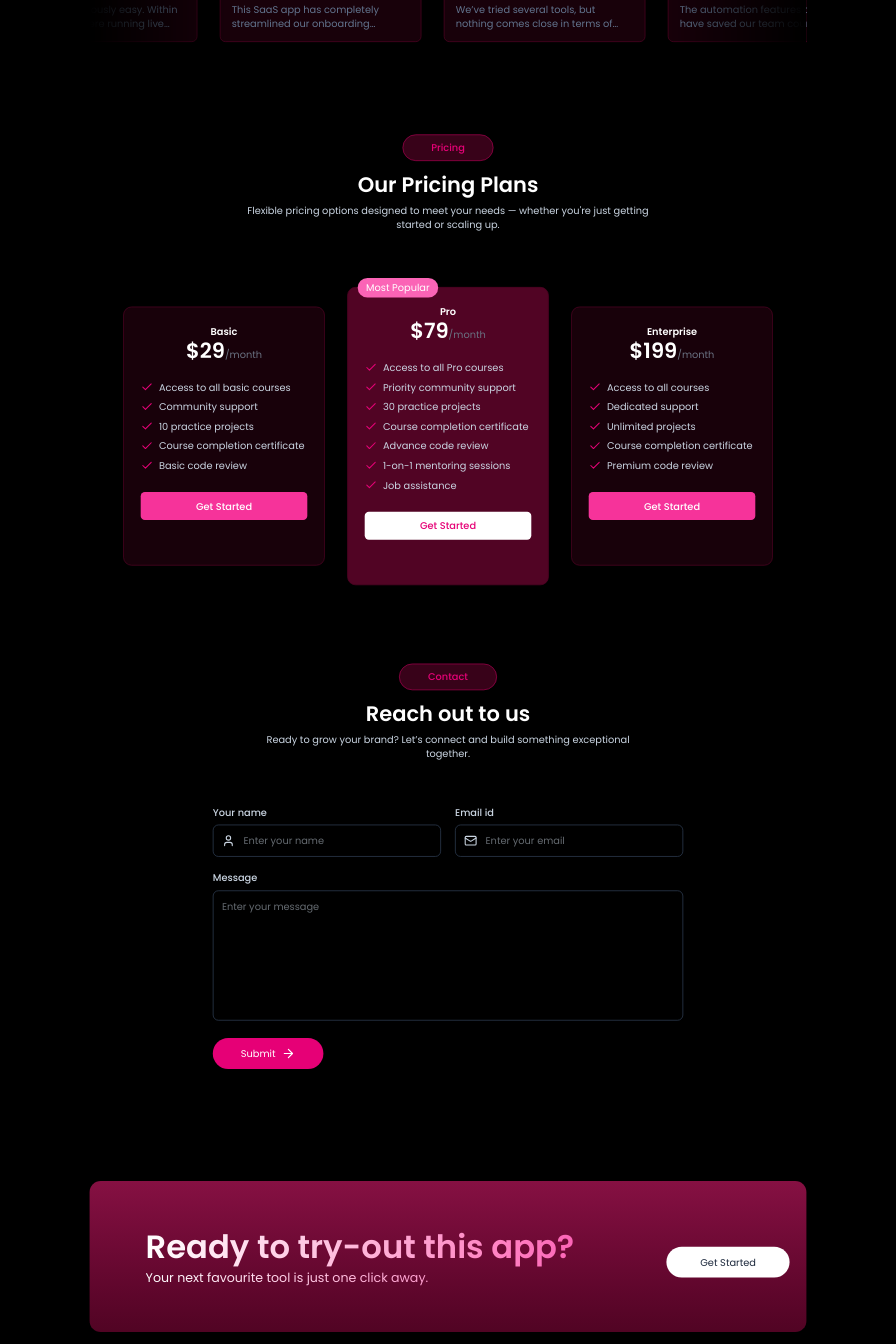
Repository: abhiraj33181/Thumblify
Page: / (app in client/)
An editor plug-in stored every save of this project. The page is shown before and after the next save, followed by the edit.
The browser window is 1280 px wide. The pictures show the part of the page from y = 3140 to 5060 px (the page is 5402 px tall before and 5382 px after), at 70% of full size.
The project was rebuilt for these pictures with package versions that can differ from the ones it lists, and the page was loaded fresh each time. Also part of the build but not shown: client/vite.config.ts.

Above is the page before, as saved 2026-01-08 09:46:09.

### client/index.html
<!doctype html>
<html lang="en">

<head>
    <meta charset="UTF-8" />
    <link rel="icon" href="/favicon.svg" type="image/x-icon" />
    <meta name="viewport" content="width=device-width, initial-scale=1.0" />
    <title>Thumblify - AI Thumbnail Generator</title>
</head>

<body>
    <div id="root"></div>
    <script type="module" src="/src/main.jsx"></script>
</body>

</html>

### client/src/main.tsx
import { createRoot } from 'react-dom/client'
import App from './App.js'
import { BrowserRouter } from 'react-router-dom'

createRoot(document.getElementById('root')!).render(
    <BrowserRouter>
        <App />
    </BrowserRouter>,
)

### client/src/App.tsx
import { Route, Routes } from "react-router-dom";
import HomePage from "./pages/HomePage";
import Navbar from "./components/Navbar";
import Footer from "./components/Footer";
import "./globals.css";
import LenisScroll from "./components/LenisScroll";

export default function App() {
    return (
        <>
            <LenisScroll />
            <Navbar />
            <Routes>
                <Route path="/" element={<HomePage />} />
            </Routes>
            <Footer />
        </>
    );
}

### client/src/pages/HomePage.tsx
import HeroSection from "../sections/HeroSection";
import FeaturesSection from "../sections/FeaturesSection";
import TestimonialSection from "../sections/TestimonialSection";
import PricingSection from "../sections/PricingSection";
import ContactSection from "../sections/ContactSection";
import CTASection from "../sections/CTASection";

export default function HomePage() {
    return (
        <>
            <HeroSection />
            <FeaturesSection />
            <TestimonialSection />
            <PricingSection />
            <ContactSection />
            <CTASection />
        </>
    );
}

### client/src/globals.css
@import url('https://fonts.googleapis.com/css2?family=Poppins:ital,wght@0,100;0,200;0,300;0,400;0,500;0,600;0,700;0,800;0,900;1,100;1,200;1,300;1,400;1,500;1,600;1,700;1,800;1,900&display=swap');
@import "tailwindcss";

@theme {
    --font-poppins: "Poppins", sans-serif;
}

body {
    @apply bg-black text-white text-sm antialiased font-poppins;
}

body::selection {
    @apply bg-pink-600 text-white;
}

button {
    @apply cursor-pointer;
}

.move-gradient {
    background-image: linear-gradient(to right, var(--color-pink-500), var(--color-pink-300));
    background-size: 200% 100%;
    animation: movegradient 5s infinite;
}

@keyframes movegradient {
    0% {
        background-position: 0% 50%;
    }
    50% {
        background-position: 100% 50%;
    }
    100% {
        background-position: 0% 50%;
    }
}

### client/src/components/LenisScroll.tsx
import { useEffect } from "react";
import Lenis from "lenis";

export default function LenisScroll() {
    useEffect(() => {
        const lenis = new Lenis({
            duration: 1.2,
            smoothWheel: true,
            anchors: {
                offset: -100,
            },
        });

        const raf = (time: number) => {
            lenis.raf(time);
            requestAnimationFrame(raf);
        };

        requestAnimationFrame(raf);

        return () => {
            lenis.destroy();
        };
    }, []);

    return null;
}

### client/src/sections/TestimonialSection.tsx
import SectionTitle from "../components/SectionTitle";
import TestimonialCard from "../components/TestimonialCard";
import { testimonialsData } from "../data/testimonial";
import type { ITestimonial } from "../types";
import Marquee from "react-fast-marquee";

export default function TestimonialSection() {
    return (
        <div id="testimonials" className="px-4 md:px-16 lg:px-24 xl:px-32">
            <SectionTitle text1="Testimonials" text2="Loved by creator" text3="See how our AI thumbnails are helping channels explode their views." />

            <Marquee className="max-w-5xl mx-auto mt-11" gradient={true} speed={25} gradientColor="#000">
                <div className="flex items-center justify-center py-5 overflow-hidden">
                    {[...testimonialsData, ...testimonialsData].map((testimonial: ITestimonial, index: number) => (
                        <TestimonialCard key={index} index={index} testimonial={testimonial} />
                    ))}
                </div>
            </Marquee>
            <Marquee className="max-w-5xl mx-auto" gradient={true} speed={25} direction="right" gradientColor="#000">
                <div className="flex items-center justify-center py-5 overflow-hidden">
                    {[...testimonialsData, ...testimonialsData].map((testimonial: ITestimonial, index: number) => (
                        <TestimonialCard key={index} index={index} testimonial={testimonial} />
                    ))}
                </div>
            </Marquee>

        </div>
    );
}

### client/src/sections/PricingSection.tsx
'use client'
import SectionTitle from "../components/SectionTitle"
import { pricingData } from "../data/pricing";
import type { IPricing } from "../types";
import { CheckIcon } from "lucide-react";
import { motion } from "motion/react";

export default function PricingSection() {
    return (
        <div id="pricing" className="px-4 md:px-16 lg:px-24 xl:px-32">
            <SectionTitle text1="Pricing" text2="Our Pricing Plans" text3="Flexible pricing options designed to meet your needs — whether you're just getting started or scaling up." />

            <div className="flex flex-wrap items-center justify-center gap-8 mt-20">
                {pricingData.map((plan: IPricing, index: number) => (
                    <motion.div key={index} className={`w-72 text-center border border-pink-950 p-6 pb-16 rounded-xl ${plan.mostPopular ? 'bg-pink-950 relative' : 'bg-pink-950/30'}`}
                        initial={{ y: 150, opacity: 0 }}
                        whileInView={{ y: 0, opacity: 1 }}
                        viewport={{ once: true }}
                        transition={{ delay: index * 0.15, type: "spring", stiffness: 320, damping: 70, mass: 1 }}
                    >
                        {plan.mostPopular && (
                            <p className="absolute px-3 text-sm -top-3.5 left-3.5 py-1 bg-pink-400 rounded-full">Most Popular</p>
                        )}
                        <p className="font-semibold">{plan.name}</p>
                        <h1 className="text-3xl font-semibold">${plan.price}<span className="text-gray-500 font-normal text-sm">/{plan.period}</span></h1>
                        <ul className="list-none text-slate-300 mt-6 space-y-2">
                            {plan.features.map((feature, index) => (
                                <li key={index} className="flex items-center gap-2">
                                    <CheckIcon className="size-4.5 text-pink-600" />
                                    <p>{feature}</p>
                                </li>
                            ))}
                        </ul>
                        <button type="button" className={`w-full py-2.5 rounded-md font-medium mt-7 transition-all ${plan.mostPopular ? 'bg-white text-pink-600 hover:bg-slate-200' : 'bg-pink-500 hover:bg-pink-600'}`}>
                            Get Started
                        </button>
                    </motion.div>
                ))}
            </div>
        </div>
    );
}

### client/src/sections/CTASection.tsx
'use client'
import { motion } from "motion/react";

export default function CTASection() {
    return (
        <motion.div className="max-w-5xl py-16 mt-40 md:pl-20 md:w-full max-md:mx-4 md:mx-auto flex flex-col md:flex-row max-md:gap-6 items-center justify-between text-left bg-linear-to-b from-pink-900 to-pink-950 rounded-2xl p-6 text-white"
            initial={{ y: 150, opacity: 0 }}
            whileInView={{ y: 0, opacity: 1 }}
            viewport={{ once: true }}
            transition={{ type: "spring", stiffness: 320, damping: 70, mass: 1 }}
        >
            <div>
                <motion.h1 className="text-4xl md:text-[46px] md:leading-15 font-semibold bg-linear-to-r from-white to-pink-400 text-transparent bg-clip-text"
                    initial={{ y: 80, opacity: 0 }}
                    whileInView={{ y: 0, opacity: 1 }}
                    viewport={{ once: true }}
                    transition={{ type: "spring", stiffness: 280, damping: 70, mass: 1 }}
                >
                    Ready to try-out this app?
                </motion.h1>
                <motion.p className="bg-linear-to-r from-white to-pink-400 text-transparent bg-clip-text text-lg"
                    initial={{ y: 80, opacity: 0 }}
                    whileInView={{ y: 0, opacity: 1 }}
                    viewport={{ once: true }}
                    transition={{ type: "spring", stiffness: 200, damping: 70, mass: 1 }}
                >
                    Your next favourite tool is just one click away.
                </motion.p>
            </div>
            <motion.button className="px-12 py-3 text-slate-800 bg-white hover:bg-slate-200 rounded-full text-sm mt-4"
                initial={{ y: 80, opacity: 0 }}
                whileInView={{ y: 0, opacity: 1 }}
                viewport={{ once: true }}
                transition={{ type: "spring", stiffness: 280, damping: 70, mass: 1 }}
            >
                Get Started
            </motion.button>
        </motion.div>
    );
}

### client/src/data/footer.ts
import type { IFooter } from "../types";

export const footerData: IFooter[] = [
    {
        title: "Product",
        links: [
            { name: "Home", href: "#" },
            { name: "Support", href: "#support" },
            { name: "Pricing", href: "#pricing" },
            { name: "Affiliate", href: "#affiliate" },
        ]
    },
    {
        title: "Resources",
        links: [
            { name: "Company", href: "#company" },
            { name: "Blogs", href: "#blogs" },
            { name: "Community", href: "#community" },
            { name: "Careers", href: "#careers" },
            { name: "About", href: "#about" },
        ]
    },
    {
        title: "Legal",
        links: [
            { name: "Privacy", href: "#privacy" },
            { name: "Terms", href: "#terms" },
        ]
    }
];

### client/src/components/TiltImage.tsx
import { useRef, useState } from 'react';
import { motion, useMotionValue, useSpring } from 'motion/react';

const springValues = {
    damping: 30,
    stiffness: 100,
    mass: 2
};

export default function TiltedImage({ rotateAmplitude = 3, }) {
    const ref = useRef<HTMLDivElement>(null);
    const x = useMotionValue(0);
    const y = useMotionValue(0);
    const rotateX = useSpring(useMotionValue(0), springValues);
    const rotateY = useSpring(useMotionValue(0), springValues);
    const rotateFigcaption = useSpring(0, { stiffness: 350, damping: 30, mass: 1 });

    const [lastY, setLastY] = useState(0);

    function handleMouse(e: any) {
        if (!ref.current) return;

        const rect = ref.current.getBoundingClientRect();
        const offsetX = e.clientX - rect.left - rect.width / 2;
        const offsetY = e.clientY - rect.top - rect.height / 2;

        const rotationX = (offsetY / (rect.height / 2)) * -rotateAmplitude;
        const rotationY = (offsetX / (rect.width / 2)) * rotateAmplitude;

        rotateX.set(rotationX);
        rotateY.set(rotationY);

        x.set(e.clientX - rect.left);
        y.set(e.clientY - rect.top);

        const velocityY = offsetY - lastY;
        rotateFigcaption.set(-velocityY * 0.6);
        setLastY(offsetY);
    }

    function handleMouseLeave() {
        rotateX.set(0);
        rotateY.set(0);
        rotateFigcaption.set(0);
    }

    return (
        <motion.figure ref={ref} className="relative w-full h-full perspective-midrange mt-16 max-w-4xl mx-auto flex flex-col items-center justify-center" onMouseMove={handleMouse} onMouseLeave={handleMouseLeave}
            initial={{ y: 150, opacity: 0 }}
            whileInView={{ y: 0, opacity: 1 }}
            viewport={{ once: true }}
            transition={{ type: "spring", stiffness: 320, damping: 70, mass: 1 }}
        >
            <motion.div className="relative transform-3d w-full max-w-4xl" style={{ rotateX, rotateY }} >
                <motion.img src="/hero_img.png"
                    className="borderb bg-linear-180 from-pink-500 to transparent p-1 w-full rounded-[15px] will-change-transform transform-[translateZ(0)]"
                    alt="hero section showcase"
                />
            </motion.div>
        </motion.figure>
    );
}

### client/src/components/SectionTitle.tsx
import type { SectionTitleProps } from "../types";
import { motion } from "motion/react";

export default function SectionTitle({ text1, text2, text3 }: SectionTitleProps) {
    return (
        <>
            <motion.p className="text-center font-medium text-pink-600 mt-28 px-10 py-2 rounded-full bg-pink-950/70 border border-pink-800 w-max mx-auto"
                initial={{ y: 120, opacity: 0 }}
                whileInView={{ y: 0, opacity: 1 }}
                viewport={{ once: true }}
                transition={{ type: "spring", stiffness: 320, damping: 70, mass: 1 }}
            >
                {text1}
            </motion.p>
            <motion.h3 className="text-3xl font-semibold text-center mx-auto mt-4"
                initial={{ y: 120, opacity: 0 }}
                whileInView={{ y: 0, opacity: 1 }}
                viewport={{ once: true }}
                transition={{ type: "spring", stiffness: 280, damping: 70, mass: 1 }}
            >
                {text2}
            </motion.h3>
            <motion.p className="text-slate-300 text-center mt-2 max-w-xl mx-auto"
                initial={{ y: 120, opacity: 0 }}
                whileInView={{ y: 0, opacity: 1 }}
                viewport={{ once: true }}
                transition={{ type: "spring", stiffness: 240, damping: 70, mass: 1 }}
            >
                {text3}
            </motion.p>
        </>
    );
}

### client/src/data/features.tsx
import type { IFeature } from "../types";

export const featuresData: IFeature[] = [
    {
        icon: "/assets/zap-icon.svg",
        title: "Smart Analysis",
        description: "Our AI analyzes video content to suggest the most clickable concepts.",
    },
    {
        icon: "/assets/thumb-icon.svg",
        title: "Eye-Catching Designs",
        description: "Generate vibrant, high-contrast thumbnails that stand out in the feed.",
    },
    {
        icon: "/assets/shape-icon.svg",
        title: "Fully Editable",
        description: "Get fully layered designs you can tweak to perfection if needed.",
    },
];

### client/src/components/TestimonialCard.tsx
import { motion } from "motion/react";
import type { TestimonialCardProps } from "../types";

export default function TestimonialCard({ testimonial, index }: TestimonialCardProps) {
    return (
        <motion.div className="p-4 rounded-lg mx-4 w-72 shrink-0 bg-pink-950/30 border border-pink-950"
            initial={{ y: 150, opacity: 0 }}
            whileInView={{ y: 0, opacity: 1 }}
            viewport={{ once: true }}
            transition={{ delay: index * 0.15, type: "spring", stiffness: 320, damping: 70, mass: 1 }}
        >
            <div className="flex gap-2">
                <img className="size-11 rounded-full" src={testimonial.image} alt={testimonial.name} height={50} width={50} />
                <div className="flex flex-col">
                    <div className="flex items-center gap-1">
                        <p>{testimonial.name}</p>
                        <svg className="mt-0.5" width="12" height="12" viewBox="0 0 12 12" fill="none" xmlns="http://www.w3.org/2000/svg">
                            <path fillRule="evenodd" clipRule="evenodd" d="M4.555.72a4 4 0 0 1-.297.24c-.179.12-.38.202-.59.244a4 4 0 0 1-.38.041c-.48.039-.721.058-.922.129a1.63 1.63 0 0 0-.992.992c-.071.2-.09.441-.129.922a4 4 0 0 1-.041.38 1.6 1.6 0 0 1-.245.59 3 3 0 0 1-.239.297c-.313.368-.47.551-.56.743-.213.444-.213.96 0 1.404.09.192.247.375.56.743.125.146.187.219.24.297.12.179.202.38.244.59.018.093.026.189.041.38.039.48.058.721.129.922.163.464.528.829.992.992.2.071.441.09.922.129.191.015.287.023.38.041.21.042.411.125.59.245.078.052.151.114.297.239.368.313.551.47.743.56.444.213.96.213 1.404 0 .192-.09.375-.247.743-.56.146-.125.219-.187.297-.24.179-.12.38-.202.59-.244a4 4 0 0 1 .38-.041c.48-.039.721-.058.922-.129.464-.163.829-.528.992-.992.071-.2.09-.441.129-.922a4 4 0 0 1 .041-.38c.042-.21.125-.411.245-.59.052-.078.114-.151.239-.297.313-.368.47-.551.56-.743.213-.444.213-.96 0-1.404-.09-.192-.247-.375-.56-.743a4 4 0 0 1-.24-.297 1.6 1.6 0 0 1-.244-.59 3 3 0 0 1-.041-.38c-.039-.48-.058-.721-.129-.922a1.63 1.63 0 0 0-.992-.992c-.2-.071-.441-.09-.922-.129a4 4 0 0 1-.38-.041 1.6 1.6 0 0 1-.59-.245A3 3 0 0 1 7.445.72C7.077.407 6.894.25 6.702.16a1.63 1.63 0 0 0-1.404 0c-.192.09-.375.247-.743.56m4.07 3.998a.488.488 0 0 0-.691-.69l-2.91 2.91-.958-.957a.488.488 0 0 0-.69.69l1.302 1.302c.19.191.5.191.69 0z" fill="#2196F3" />
                        </svg>
                    </div>
                    <span className="text-xs text-slate-500">{testimonial.handle}</span>
                </div>
            </div>
            <p className="text-sm pt-4 text-slate-500 line-clamp-2">
                {testimonial.quote}
            </p>
        </motion.div>
    );
}

### client/src/data/testimonial.ts
import type { ITestimonial } from "../types";

export const testimonialsData: ITestimonial[] = [
    {
        image: 'https://images.unsplash.com/photo-1633332755192-727a05c4013d?q=80&w=200',
        name: 'Sophia Carter',
        handle: '@sophiacodes',
        date: 'February 14, 2025',
        quote: 'This SaaS app has completely streamlined our onboarding process. What used to take hours now takes minutes!',
    },
    {
        image: 'https://images.unsplash.com/photo-1535713875002-d1d0cf377fde?q=80&w=200',
        name: 'Ethan Walker',
        handle: '@ethanwrites',
        date: 'March 3, 2025',
        quote: 'We’ve tried several tools, but nothing comes close in terms of speed and simplicity. Absolute game-changer.',
    },
    {
        image: 'https://images.unsplash.com/photo-1527980965255-d3b416303d12?w=200&auto=format&fit=crop&q=60',
        name: 'Maya Patel',
        handle: '@mayapatel',
        date: 'April 22, 2025',
        quote: 'The automation features alone have saved our team countless hours every week. Worth every penny.',
    },
    {
        image: 'https://images.unsplash.com/photo-1522075469751-3a6694fb2f61?w=200&auto=format&fit=crop&q=60',
        name: 'Liam Brooks',
        handle: '@liambrooks',
        date: 'May 18, 2025',
        quote: 'Setup was ridiculously easy. Within 10 minutes, we were running live and onboarding our first customers.',
    },
];

### client/src/data/pricing.ts
import type { IPricing } from "../types";

export const pricingData: IPricing[] = [
    {
        name: "Basic",
        price: 29,
        period: "month",
        features: [
            "Access to all basic courses",
            "Community support",
            "10 practice projects",
            "Course completion certificate",
            "Basic code review"
        ],
        mostPopular: false
    },
    {
        name: "Pro",
        price: 79,
        period: "month",
        features: [
            "Access to all Pro courses",
            "Priority community support",
            "30 practice projects",
            "Course completion certificate",
            "Advance code review",
            "1-on-1 mentoring sessions",
            "Job assistance"
        ],
        mostPopular: true
    },
    {
        name: "Enterprise",
        price: 199,
        period: "month",
        features: [
            "Access to all courses",
            "Dedicated support",
            "Unlimited projects",
            "Course completion certificate",
            "Premium code review"
        ],
        mostPopular: false
    }
];

Loaded but not shown: client/src/sections/FeaturesSection.tsx (69 lines, source omitted); client/src/sections/HeroSection.tsx (79 lines, source omitted); client/src/components/Footer.tsx (59 lines, source omitted); client/src/sections/ContactSection.tsx (59 lines, source omitted); client/src/components/Navbar.tsx (52 lines, source omitted)

After the next save:
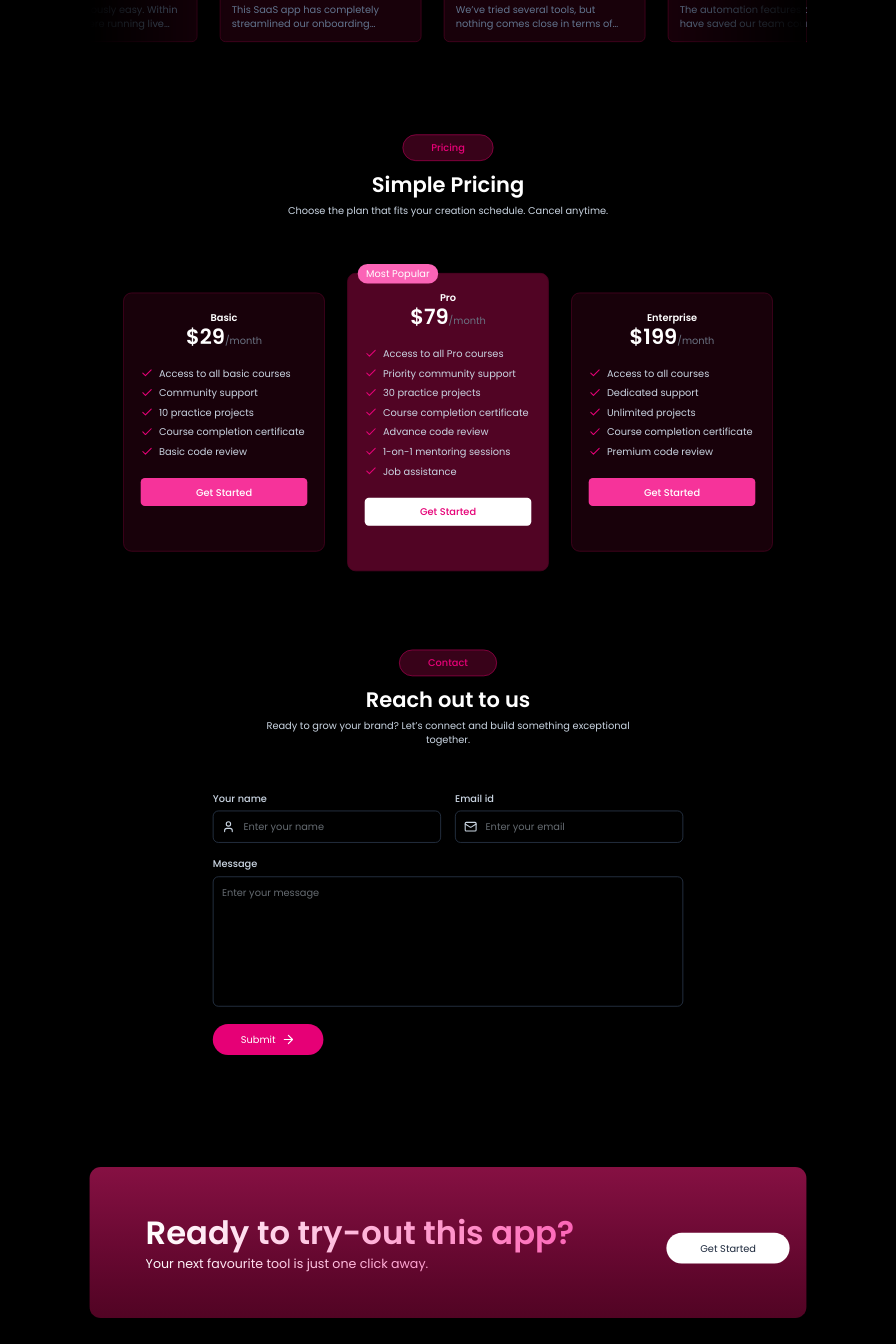
Saved 80 s later.
--- a/client/src/sections/PricingSection.tsx
+++ b/client/src/sections/PricingSection.tsx
@@ -8,7 +8,7 @@ import { motion } from "motion/react";
 export default function PricingSection() {
     return (
         <div id="pricing" className="px-4 md:px-16 lg:px-24 xl:px-32">
-            <SectionTitle text1="Pricing" text2="Our Pricing Plans" text3="Flexible pricing options designed to meet your needs — whether you're just getting started or scaling up." />
+            <SectionTitle text1="Pricing" text2="Simple Pricing" text3="Choose the plan that fits your creation schedule. Cancel anytime." />
 
             <div className="flex flex-wrap items-center justify-center gap-8 mt-20">
                 {pricingData.map((plan: IPricing, index: number) => (
